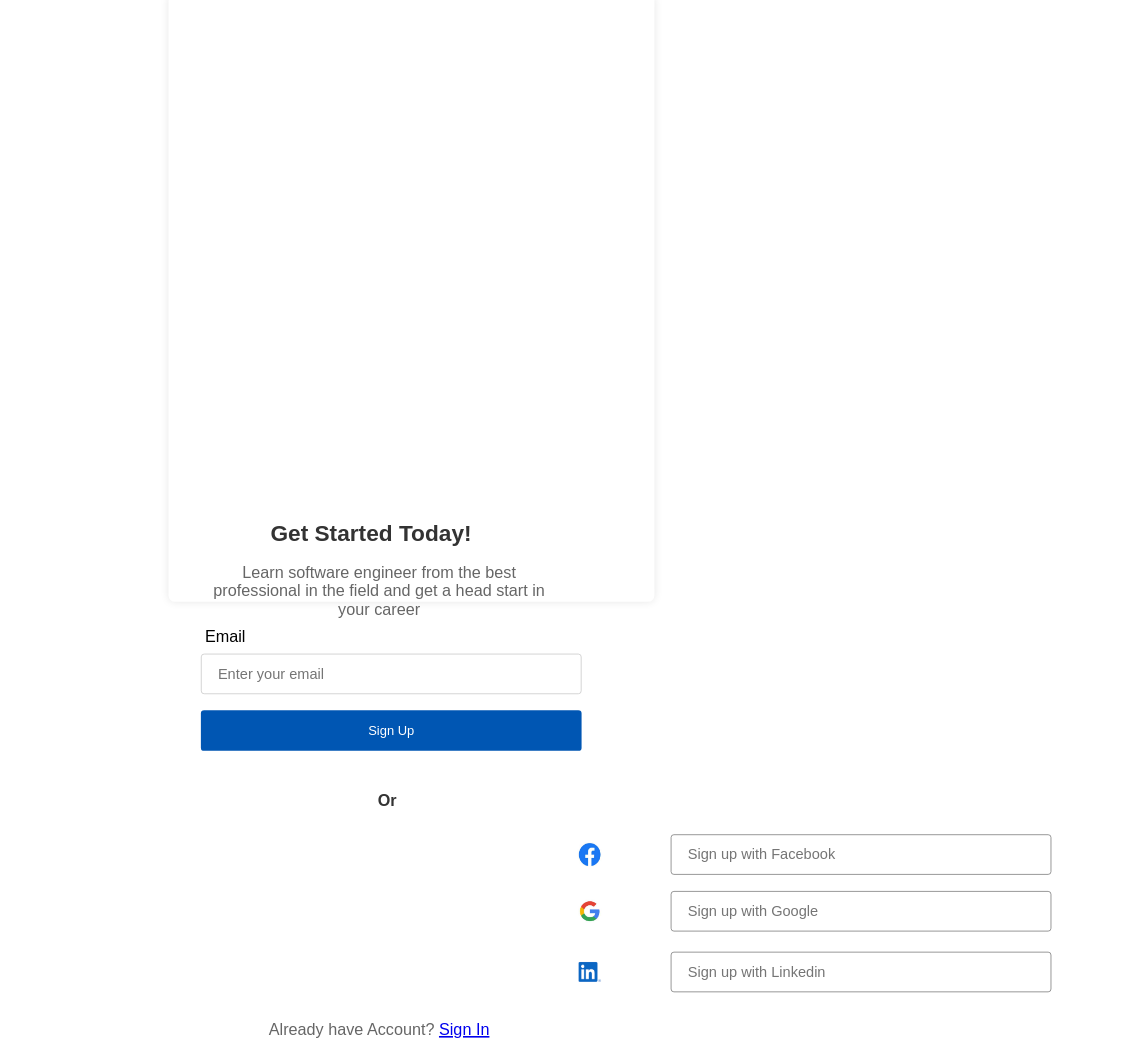
Repository: Femi007-gh/LOGIN-INTERFACE
Page: index.html
An editor plug-in stored every save of this project. The page is shown before and after the next save, followed by the edit.
The browser window is 1280 px wide. The page is 1408 px wide, so the pictures cover 1408 px, including what lies to the right of the window. The pictures show the whole page, at 81% of full size.

Above is the page before, as saved 2025-01-22 15:40:32.

### index.html
<html>
  <head>
    <title></title>
    <link rel="stylesheet" href="style.css">
  </head>
  <body>
    <div class="container">
      <div class="left-session">
        <div class="form-container">
          <h1>Get Started Today!</h1>
          <p>Learn software engineer from the best professional in the field and get a head start in your career</p>
          <form>
            <div class="inter-group">
              <p class="red">Email</p>
              <input placeholder="Enter your email" class="email">
            </div>
           <button class="primary-btn" type="submit">
              Sign Up
            </button>
            </form>
            <p class="divider">Or</p>
            <div class="social-buttons">
              <input placeholder="Sign up with Facebook" class="sign">
              <img class="face" src="facebook.jpeg">
              <input placeholder="Sign up with Google" class="sign">
              <img class="go" src="google.webp">
              <input placeholder="Sign up with Linkedin" class="sign">
              <img class="link" src="linked.png">
              <p class="pet">Already have Account? <a href="#">Sign In</a>
      </div>
    </div>
  </body>
</html>

### style.css
body {
  font-family: Arial, sans-serif;
  display: flex;
  justify-content: center;
  align-items: center;
  height: 100vh;
  width: 1000px;
}

.container {
  display: flex;
  width: 600px;
  height: 750px;
  background-color: white;
  border-radius: 8px;
  box-shadow: 0 0 10px rgba(0, 0, 0, 0.1);
}

.left-session {
  flex: 1;
  padding: 40px;
  display: flex;
  flex-direction: column;
  justify-content: center;
}

.form-container {
  text-align: center;
}

h1 {
  font-size: 28px;
  margin-bottom: 20px;
  color: #333;
  margin-right: 700px;
  margin-top: 1200px;
}

p {
  margin: 10px 0;
  color: #666;
}



.input-wrapper {
  position: relative;
}

 .email {
  width: 470px;
  height: 50px;
  border: 1px solid #ccc;
  border-radius: 4px;
  margin-bottom: 20px;
  padding-left: 20px;
  font-size: 18px;
  margin-right: 650px;
}


.primary-btn {
  background-color: #0056b3;
  color: white;
  border: none;
  padding: 12px 20px;
  border-radius: 4px;
  cursor: pointer;
  font-size: 16px;
  width: 470px;
  display: flex;
  align-items: center;
  justify-content: center;
  transition: background-color 0.3s ease;
  margin-bottom: 50px;
  margin-right: 4x0px;
  height: 50px;
}

.primary-btn:hover {
  background-color: #004494;
}

.divider {
  text-align: center;
  font-weight: bold;
  margin: 20px 0;
  color: #333;
  margin-bottom: 30px;
  margin-right: 660px;
}

 .sign {
  width: 470px;
  height: 50px;
  border: 1px solid grey;
  border-radius: 4px;
  margin-bottom: 20px;
  padding-left: 20px;
  font-size: 18px;
  margin-left: 580px;
}

.social-buttons {
  display: flex;
  flex-direction: column;
  gap: 30px;
}

.social-buttons .input-wrapper {
  background-color: transparent;
}

.center-text {
  text-align: center;
  margin-top: 20px;
  color: #333;
}

.center-text a {
  color: #0056b3;
  text-decoration: none;
  font-weight: bold;
}

.center-text a:hover {
  text-decoration: underline;
}

.pet, p {
  font-size: 20px;
  margin-right: 680px;
}

.face {
   height: 30px;
   width: 30px;
   margin-left: 465px;
   margin-top: -90px;
}


.go {
  height: 40px;
  width: 40px;
  margin-left: 460px;
  margin-top: -95px;
}

.link {
  height: 40px;
  width: 40px;
  margin-left: 460px;
  margin-top: -95px;
}

.red {
  margin-left: -380px;
  color: black;
}

After the next save:
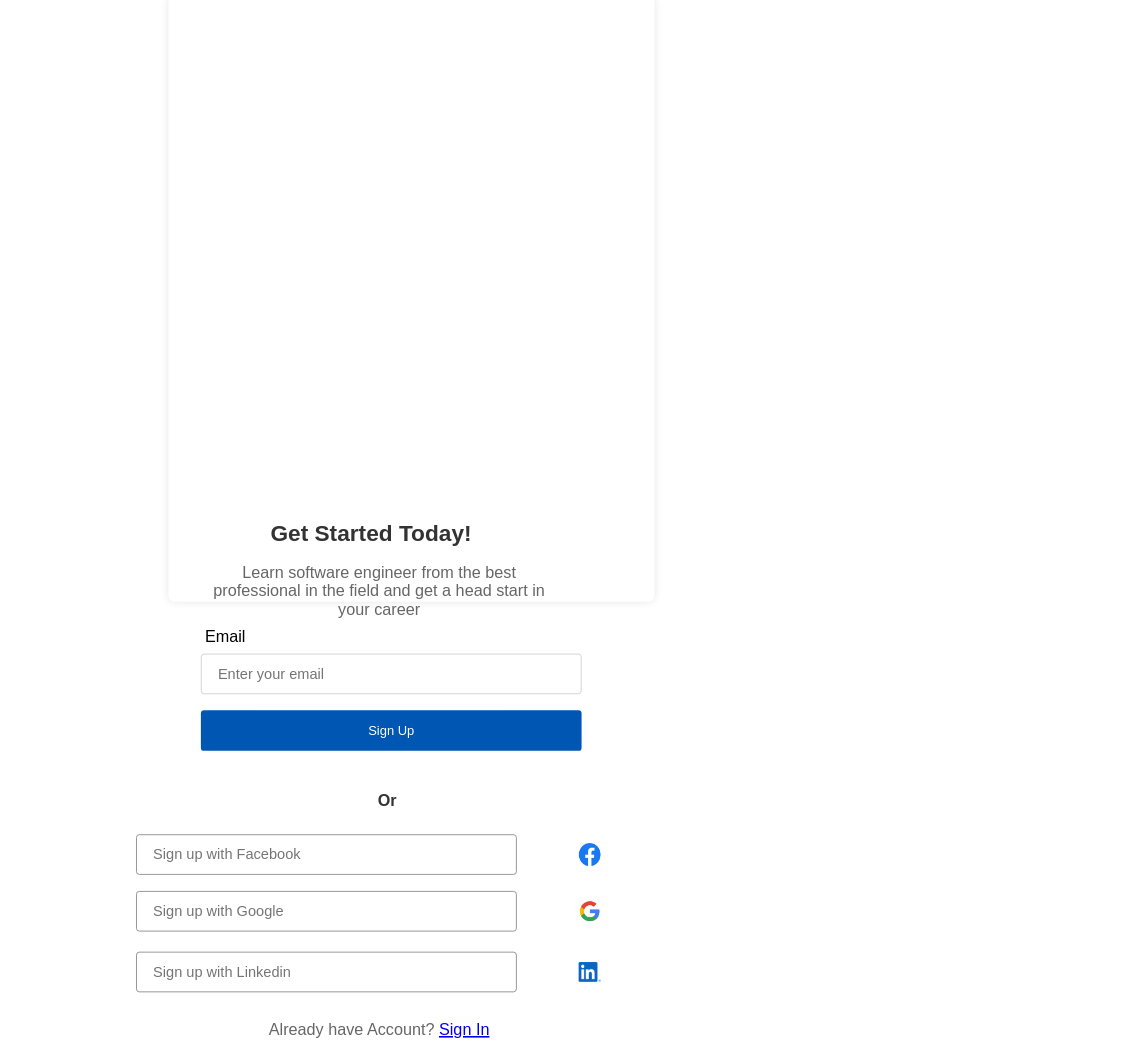
Saved 14 s later.
--- a/style.css
+++ b/style.css
@@ -98,7 +98,7 @@ p {
   margin-bottom: 20px;
   padding-left: 20px;
   font-size: 18px;
-  margin-left: 580px;
+  margin-left: -80px;
 }
 
 .social-buttons {
